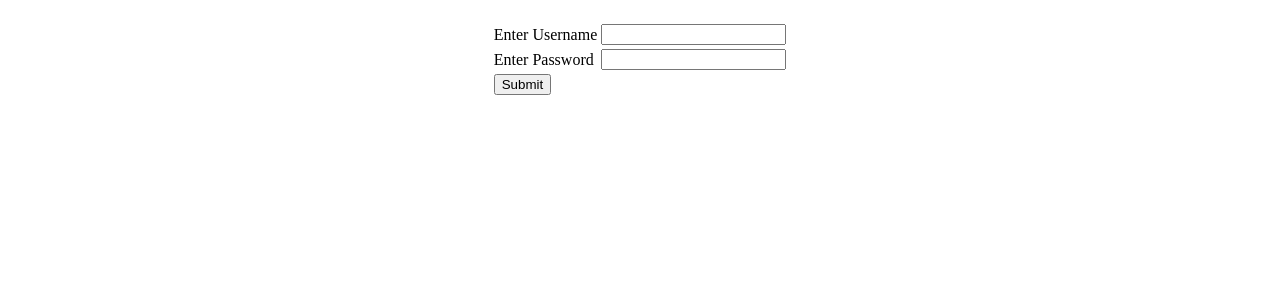
Repository: MaheshAwaji/JavaProjects
Page: servelet1/src/main/webapp/hello.html
The author's editor kept a copy of each file at every save. The page is drawn from the files as they stood at one save, then again after the next save.
The browser window is 1280 px wide. The pictures show the whole page.

Above is the page before, as saved 2024-07-01 10:04:52.

### servelet1/src/main/webapp/hello.html
<!DOCTYPE html>
<html>
<head>
<meta charset="ISO-8859-1">
<title>Insert title here</title>
</head>
<body>
	<div align="center">
	<h1></h1>
		<form action="login" method="post">
			<table>
			<tr>
			<td><label>Enter Username</label> </td>
			<td><input type="text" name="username"> </td>
			</tr>
			<tr>
			<td><label>Enter Password</label> </td>
			<td><input type="text" name="password"> </td>
			</tr>
			<tr>
			<td>
			<input type="submit" value="Submit">
			</td>
			</tr>
			</table>
		</form>
	</div>
</body>
</html>

After the next save:
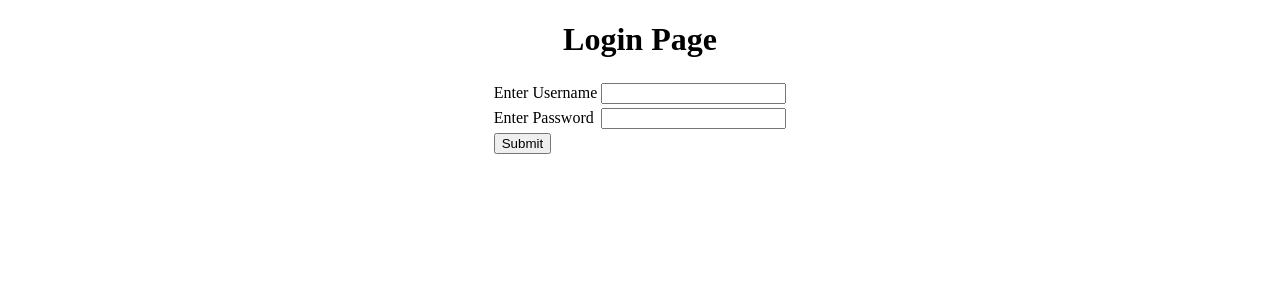
Saved 66 s later.
--- a/servelet1/src/main/webapp/hello.html
+++ b/servelet1/src/main/webapp/hello.html
@@ -6,7 +6,7 @@
 </head>
 <body>
 	<div align="center">
-	<h1></h1>
+	<h1>Login Page</h1>
 		<form action="login" method="post">
 			<table>
 			<tr>
